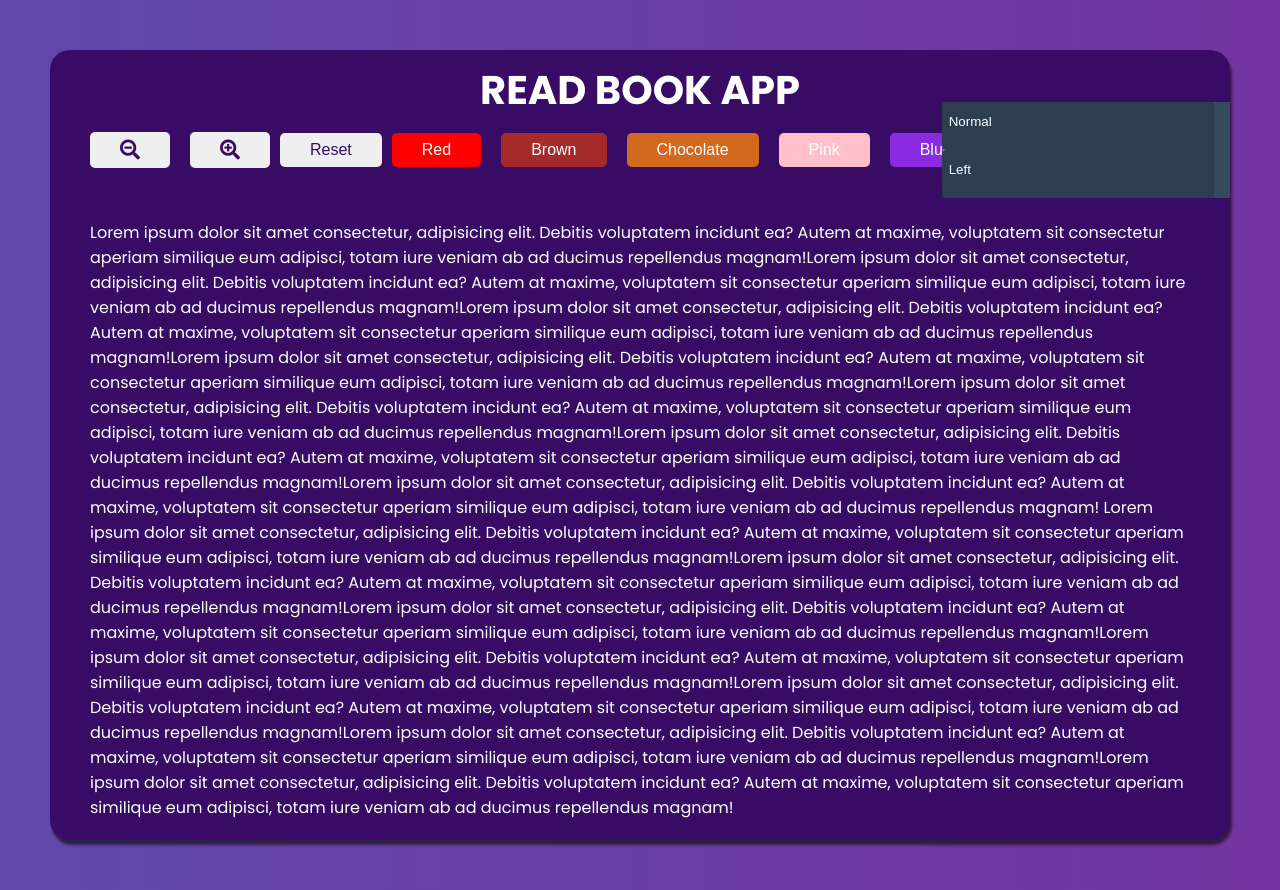
Repository: dinhconglam2306/frontend_tu_xa
Page: b09/02-reading-info/index.html
The author's editor kept a copy of each file at every save. The page is drawn from the files as they stood at one save, then again after the next save.
The browser window is 1280 px wide. The pictures show the whole page.
Some web libraries are served in a nearby version. The style sheet was rebuilt from its Sass, Less or Tailwind sources for each picture, by a compiler version that may differ from the author's.

Above is the page before, as saved 2021-04-25 07:37:26.

### b09/02-reading-info/index.html
<!DOCTYPE html>
<html lang="en">
  <head>
    <meta charset="UTF-8" />
    <meta http-equiv="X-UA-Compatible" content="IE=edge" />
    <meta name="viewport" content="width=device-width, initial-scale=1.0" />
    <title>Document</title>
    <link rel="stylesheet" href="css/style.css" />
    <link
      rel="stylesheet"
      href="https://pro.fontawesome.com/releases/v5.10.0/css/all.css"
      integrity="sha384-AYmEC3Yw5cVb3ZcuHtOA93w35dYTsvhLPVnYs9eStHfGJvOvKxVfELGroGkvsg+p"
      crossorigin="anonymous"
    />
    <link rel="preconnect" href="https://fonts.gstatic.com" />
    <link
      href="https://fonts.googleapis.com/css2?family=Poppins:wght@100;300;400;500;700&display=swap"
      rel="stylesheet"
    />
  </head>
  <body>
    <div class="app">
      <h1 class="app__title">Read Book App</h1>
      <div class="app-controls">
        <div class="app-controls-zoom">
          <button class="app-controls-zoom__button" data-value="zoom-in">
            <i class="fas fa-search-minus app-controls-zoom__button-icon"></i>
          </button>
          <button class="app-controls-zoom__button" data-value="zoom-out">
            <i class="fas fa-search-plus app-controls-zoom__button-icon"></i>
          </button>
        </div>

        <div class="app-controls-bg">
          <button class="app-controls-bg__reset">Reset</button>
          <button
            class="app-controls-bg__color app-controls-bg__color-red"
            data-color="red"
          >
            Red
          </button>
          <button
            class="app-controls-bg__color app-controls-bg__color-brown"
            data-color="brown"
          >
            Brown
          </button>
          <button
            class="app-controls-bg__color app-controls-bg__color-yellow"
            data-color="chocolate"
          >
            Chocolate
          </button>
          <button
            class="app-controls-bg__color app-controls-bg__color-pink"
            data-color="pink"
          >
            Pink
          </button>
          <button
            class="app-controls-bg__color app-controls-bg__color-blueviolet"
            data-color="blueviolet"
          >
            Blueviolet
          </button>
        </div>
        <div class="controls-select">
          <div class="select">
            <select class="app-controls-select__lineheight select">
              <option value="0.8">Narrow</option>
              <option value="1" selected>Normal</option>
              <option value="2">Large</option>
            </select>
          </div>
          <div class="select">
            <select class="app-controls-select__textalign select">
              <option value="left" selected>Left</option>
              <option value="center">Center</option>
              <option value="right">Right</option>
              <option value="justify">Justify</option>
            </select>
          </div>
        </div>
      </div>
      <div class="app-content" style="font-size: 16px">
        <p>
          Lorem ipsum dolor sit amet consectetur, adipisicing elit. Debitis
          voluptatem incidunt ea? Autem at maxime, voluptatem sit consectetur
          aperiam similique eum adipisci, totam iure veniam ab ad ducimus
          repellendus magnam!Lorem ipsum dolor sit amet consectetur, adipisicing
          elit. Debitis voluptatem incidunt ea? Autem at maxime, voluptatem sit
          consectetur aperiam similique eum adipisci, totam iure veniam ab ad
          ducimus repellendus magnam!Lorem ipsum dolor sit amet consectetur,
          adipisicing elit. Debitis voluptatem incidunt ea? Autem at maxime,
          voluptatem sit consectetur aperiam similique eum adipisci, totam iure
          veniam ab ad ducimus repellendus magnam!Lorem ipsum dolor sit amet
          consectetur, adipisicing elit. Debitis voluptatem incidunt ea? Autem
          at maxime, voluptatem sit consectetur aperiam similique eum adipisci,
          totam iure veniam ab ad ducimus repellendus magnam!Lorem ipsum dolor
          sit amet consectetur, adipisicing elit. Debitis voluptatem incidunt
          ea? Autem at maxime, voluptatem sit consectetur aperiam similique eum
          adipisci, totam iure veniam ab ad ducimus repellendus magnam!Lorem
          ipsum dolor sit amet consectetur, adipisicing elit. Debitis voluptatem
          incidunt ea? Autem at maxime, voluptatem sit consectetur aperiam
          similique eum adipisci, totam iure veniam ab ad ducimus repellendus
          magnam!Lorem ipsum dolor sit amet consectetur, adipisicing elit.
          Debitis voluptatem incidunt ea? Autem at maxime, voluptatem sit
          consectetur aperiam similique eum adipisci, totam iure veniam ab ad
          ducimus repellendus magnam! Lorem ipsum dolor sit amet consectetur,
          adipisicing elit. Debitis voluptatem incidunt ea? Autem at maxime,
          voluptatem sit consectetur aperiam similique eum adipisci, totam iure
          veniam ab ad ducimus repellendus magnam!Lorem ipsum dolor sit amet
          consectetur, adipisicing elit. Debitis voluptatem incidunt ea? Autem
          at maxime, voluptatem sit consectetur aperiam similique eum adipisci,
          totam iure veniam ab ad ducimus repellendus magnam!Lorem ipsum dolor
          sit amet consectetur, adipisicing elit. Debitis voluptatem incidunt
          ea? Autem at maxime, voluptatem sit consectetur aperiam similique eum
          adipisci, totam iure veniam ab ad ducimus repellendus magnam!Lorem
          ipsum dolor sit amet consectetur, adipisicing elit. Debitis voluptatem
          incidunt ea? Autem at maxime, voluptatem sit consectetur aperiam
          similique eum adipisci, totam iure veniam ab ad ducimus repellendus
          magnam!Lorem ipsum dolor sit amet consectetur, adipisicing elit.
          Debitis voluptatem incidunt ea? Autem at maxime, voluptatem sit
          consectetur aperiam similique eum adipisci, totam iure veniam ab ad
          ducimus repellendus magnam!Lorem ipsum dolor sit amet consectetur,
          adipisicing elit. Debitis voluptatem incidunt ea? Autem at maxime,
          voluptatem sit consectetur aperiam similique eum adipisci, totam iure
          veniam ab ad ducimus repellendus magnam!Lorem ipsum dolor sit amet
          consectetur, adipisicing elit. Debitis voluptatem incidunt ea? Autem
          at maxime, voluptatem sit consectetur aperiam similique eum adipisci,
          totam iure veniam ab ad ducimus repellendus magnam!
        </p>
      </div>
    </div>
    <script src="js/jquery-3.6.0.min.js"></script>
    <script src="js/main.js"></script>
  </body>
</html>

### b09/02-reading-info/js/main.js
$(document).ready(function () {
  let areaContent = $(".app-content");
  let btnZoom = $(".app-controls-zoom__button");
  let btnColor = $(".app-controls-bg__color");
  let selectLineheight = $(".app-controls-select__lineheight");
  let textAlign = $(".app-controls-select__textalign");

  let config = JSON.parse(localStorage.getItem("READING_INFO"));
  if (config) {
    areaContent.css("background-color", config.bgColor);
    areaContent.css("font-size", config.fontSize + "px");
    areaContent.css("text-align", config.position);
    areaContent.css("line-height", config.lineHeight);
  } else {
    config = {
      bgColor: "#380c65",
      lineHeight: 1,
      position: "right",
      fontSize: 12,
    };
    localStorage.setItem("READING_INFO", JSON.stringify(config));
  }

  /*------------RESET - START---------*/

  $(".app-controls-bg__reset").click(function () {
    // localStorage.removeItem("READING_INFO");
    areaContent.css("background-color", "#380c65");
    areaContent.css("line-height", 1);
    areaContent.css("text-align", "center");
    areaContent.css("font-size", 16);
  });

  /*------------FONTSIZE - START---------*/
  const incrementFontsize = 1;
  btnZoom.on("click", function () {
    let fontSize = parseFloat($(".app-content").css("font-size"));
    let value = $(this).data("value");
    if (value == "zoom-out") {
      fontSize += incrementFontsize;
    } else if (value == "zoom-in") {
      fontSize -= incrementFontsize;
    }
    areaContent.css("font-size", fontSize + "px");
    config.fontSize = fontSize;
    localStorage.setItem("READING_INFO", JSON.stringify(config));
  });
  /*------------FONTSIZE - END---------*/

  /*------------BACKGROUND-COLOR - START---------*/
  btnColor.click(function () {
    let color = $(this).data("color");
    areaContent.css("background-color", color);
    config.bgColor = color;
    localStorage.setItem("READING_INFO", JSON.stringify(config));
  });
  /*------------BACKGROUND-COLOR - END---------*/

  /*------------LINE-HEIGHT - START---------*/
  selectLineheight.change(function () {
    let lineheight = selectLineheight.val();
    areaContent.css("line-height", lineheight);
    config.lineHeight = lineheight;
    localStorage.setItem("READING_INFO", JSON.stringify(config));
  });
  /*------------LINE-HEIGHT - END---------*/

  /*------------TEXT-ALIGN - START---------*/
  textAlign.change(function () {
    let position = textAlign.val();
    areaContent.css("text-align", position);
    config.position = position;
    localStorage.setItem("READING_INFO", JSON.stringify(config));
  });
  /*------------TEXT-ALIGN - END---------*/
});

### b09/02-reading-info/style.scss
@mixin size($width, $height: $width) {
  width: $width;
  height: $height;
}
@mixin flexbox(
  $align: flex-start,
  $justify: flex-start,
  $flex-direction: row,
  $wrap: nowrap
) {
  display: flex;
  align-items: $align;
  justify-content: $justify;
  flex-direction: $flex-direction;
  flex-wrap: $wrap;
}
* {
  margin: 0px;
  padding: 0px;
  box-sizing: border-box;
}
html {
  font-size: 62.5%;
}
body {
  padding: 5rem;
  font-size: 1.6rem;
  font-family: "Poppins", sans-serif;
  font-weight: normal;
  display: flex;
  align-items: center;
  justify-content: center;
  background-image: linear-gradient(to right, #6048aa, #73359f);
}
select {
  -webkit-appearance: none;
  -moz-appearance: none;
  -ms-appearance: none;
  appearance: none;
  outline: 0;
  box-shadow: none;
  border: 0 !important;
  background: #2c3e50;
  background-image: none;
}
select::-ms-expand {
  display: none;
}
a {
  text-decoration: none;
}
img {
  display: block;
  max-width: 100%;
}
.select {
  position: relative;
  display: flex;
  width: 20em;
  height: 3em;
  line-height: 3;
  background: #2c3e50;
  overflow: hidden;
  border-radius: 0.25em;
  margin-right: 2rem;
}
select {
  flex: 1;
  padding: 0 0.5em;
  color: #fff;
  cursor: pointer;
}
.select::after {
  content: "\25BC";
  position: absolute;
  top: 0;
  right: 0;
  padding: 0 1em;
  background: #34495e;
  cursor: pointer;
  pointer-events: none;
  -webkit-transition: 0.25s all ease;
  -o-transition: 0.25s all ease;
  transition: 0.25s all ease;
}
.select:hover::after {
  color: #f39c12;
}
.app {
  display: flex;
  flex-direction: column;
  align-items: center;
  justify-content: center;
  width: 100vw;
  background-color: #380c65;
  overflow: hidden;
  padding: 1rem;
  border-radius: 2rem;
  box-shadow: 2px 5px 3px rgba(0, 0, 0, 0.548);
  &__title {
    color: white;
    font-size: 4rem;
    text-transform: uppercase;
  }
  &-controls {
    display: flex;
    align-items: center;
    justify-content: space-between;
    width: 100%;
    height: 6rem;
    padding: 0 2rem;
    &-zoom {
      width: calc(20% - 1rem);
      display: flex;
      align-items: center;
      &__button {
        padding: 0.8rem 3rem;
        border: 0;
        margin: 1rem;
        border-radius: 0.5rem;
        cursor: pointer;
        display: flex;
        justify-content: center;
        align-items: center;
        color: #380c65;
        &:hover {
          background-color: #6508c2;
          color: white;
        }
        &:active {
          transform: scale(0.98);
        }
        &-icon {
          font-size: 2rem;
        }
      }
    }
    &-bg {
      width: calc(60% - 1rem);
      display: flex;
      align-items: center;
      justify-content: space-between;
      &__reset {
        padding: 0.8rem 3rem;
        border: 0;
        border-radius: 0.5rem;
        cursor: pointer;
        color: #380c65;
        font-size: 1.6rem;
        &:active {
          transform: scale(0.98);
        }
      }
      &__color {
        padding: 0.8rem 3rem;
        border: 0;
        margin: 1rem;
        border-radius: 0.5rem;
        cursor: pointer;
        display: flex;
        justify-content: center;
        align-items: center;
        color: #380c65;
        font-size: 1.6rem;
        &-red {
          background-color: red;
          color: white;
          &:active {
            transform: scale(0.98);
          }
        }
        &-aqua {
          background-color: aqua;
          color: white;
          &:active {
            transform: scale(0.98);
          }
        }
        &-yellow {
          background-color: chocolate;
          color: white;
          &:active {
            transform: scale(0.98);
          }
        }
        &-brown {
          background-color: brown;
          color: white;
          &:active {
            transform: scale(0.98);
          }
        }
        &-pink {
          background-color: pink;
          color: white;
          &:active {
            transform: scale(0.98);
          }
        }
        &-blueviolet {
          background-color: blueviolet;
          color: white;
          &:active {
            transform: scale(0.98);
          }
        }
      }
    }
    &-select {
      width: calc(20% - 1rem);
    }
  }
  &-content {
    color: white;
    padding: 1rem 3rem;
    border-radius: 1rem;
    margin-top: 3rem;
  }
}

Loaded but not shown: b09/02-reading-info/js/jquery-3.6.0.min.js (library)

After the next save:
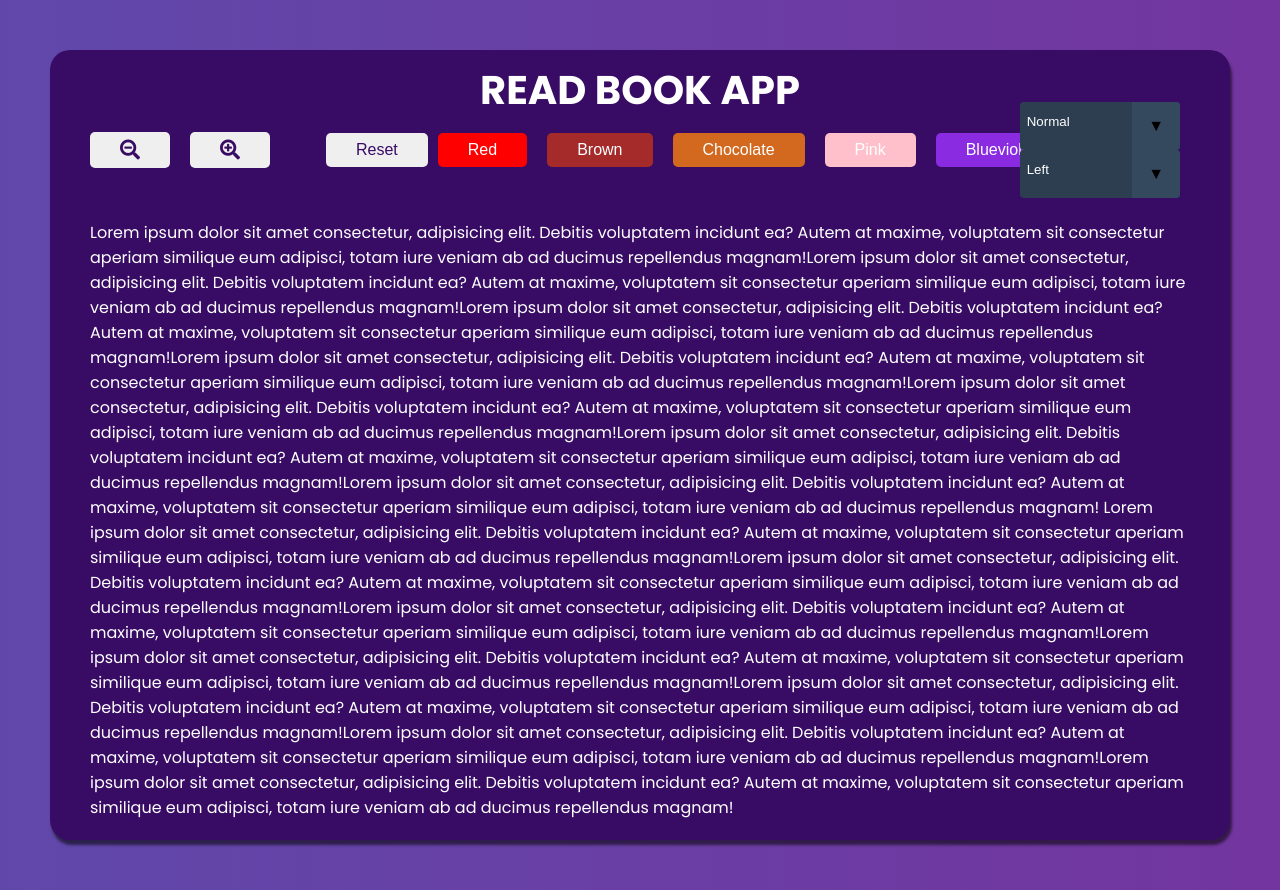
Saved 11 s later.
--- a/b09/02-reading-info/style.scss
+++ b/b09/02-reading-info/style.scss
@@ -56,7 +56,7 @@ img {
 .select {
   position: relative;
   display: flex;
-  width: 20em;
+  width: 10em;
   height: 3em;
   line-height: 3;
   background: #2c3e50;
